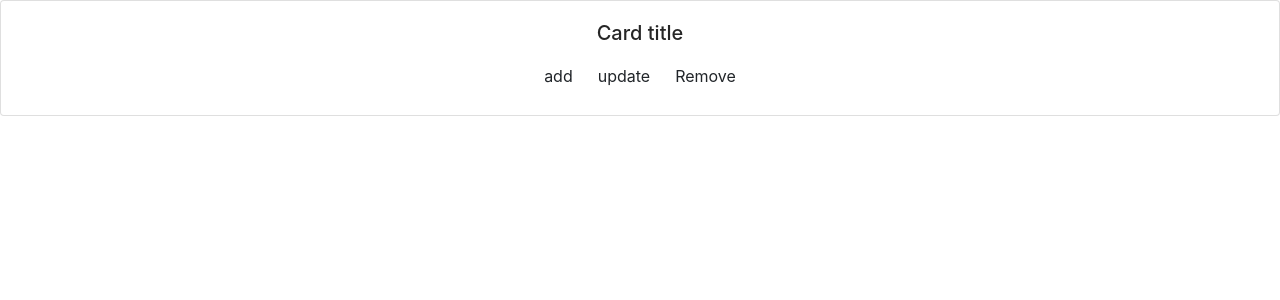
Repository: busiui/react
Page: /
These files come from the project's save history. The page is drawn as it stood at one moment and after the next save; the edit follows.
The browser window is 1280 px wide. The pictures show the whole page.
The project was rebuilt for these pictures with package versions that can differ from the ones it lists, and the page was loaded fresh each time.

Above is the page before, as saved 2020-03-19 16:55:09.

After the next save:
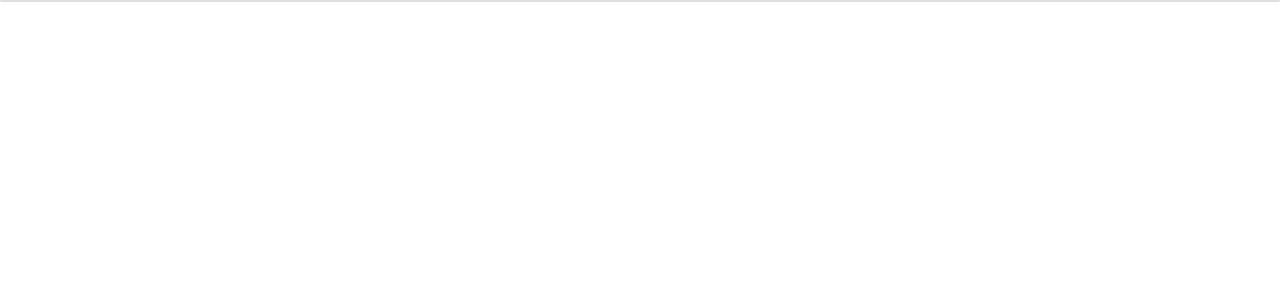
Saved 27 s later.
--- a/src/App.js
+++ b/src/App.js
@@ -9,32 +9,7 @@
   render() {
     return (
       <div class="card">
-        <div className="card-body">
-        <h5 class="card-title">Card title</h5>
-          {/* <div class="input-group">
-          <span class="input-group-addon">$</span>
-          <input type="text" class="form-control" aria-label="Amount (to the nearest dollar)" />
-          <span class="input-group-addon">.00</span>
-        </div>
-        <div class="btn-group">
-          <button type="button" class="btn btn-default dropdown-toggle" data-toggle="dropdown" aria-haspopup="true" aria-expanded="false">
-            Action <span class="caret"></span>
-          </button>
-          <ul class="dropdown-menu">
-            <li><a href="#">Action</a></li>
-            <li><a href="#">Another action</a></li>
-            <li><a href="#">Something else here</a></li>
-            <li role="separator" class="divider"></li>
-            <li><a href="#">Separated link</a></li>
-          </ul>
-        </div> */}
-          <div class="btn-group" role="group" aria-label="...">
-            <button type="button" class="btn btn-default add" >add</button>
-            <button type="button" class="btn btn-default update">update</button>
-            <button type="button" class="btn btn-default remove">Remove</button>
-          </div>
-        </div>
-        {/* <Link  to="/home"/> */}
+        <custom-square></custom-square>
       </div>
     );
   }
